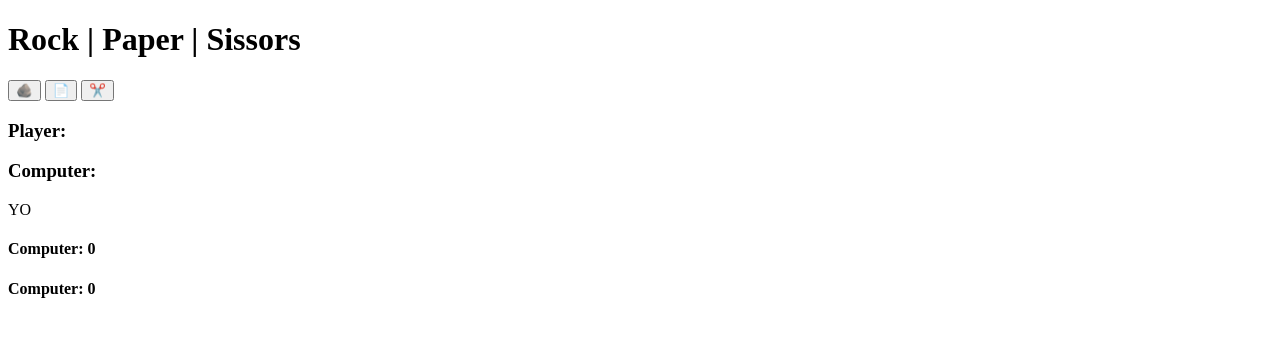
Repository: SakthivelDurai47/Rock-Paper-Sissors
Page: index.html
An editor plug-in stored every save of this project. The page is shown before and after the next save, followed by the edit.
The browser window is 1280 px wide. The pictures show the whole page.

Above is the page before, as saved 2025-04-14 22:01:35.

### index.html
<!DOCTYPE html>
<html lang="en">
  <head>
    <meta charset="UTF-8" />
    <meta name="viewport" content="width=device-width, initial-scale=1.0" />
    <title>Rock, Paper, Scissor</title>
    <meta name="aurthor" content="Sakthivel Durai S" />
  </head>
  <body>
    <h1>Rock | Paper | Sissors</h1>
    <div id="choice">
      <button onclick="playGame('Rock')">🪨</button>
      <button onclick="playGame('Paper')">📄</button>
      <button onclick="playGame('Scissor')">✂️</button>
    </div>
    <div id="info">
      <h3>Player:</h3>
      <h3>Computer:</h3>
    </div>
    <p id="result">YO</p>
    <div id="scores">
      <h4>Computer: <span id="scorePlr">0</span></h4>
      <h4>Computer: <span id="scoreCum">0</span></h4>
    </div>
  </body>
</html>

### styles.css
* {
  font-family: sans-serif;
}
body {
  margin: 0;
}

After the next save:
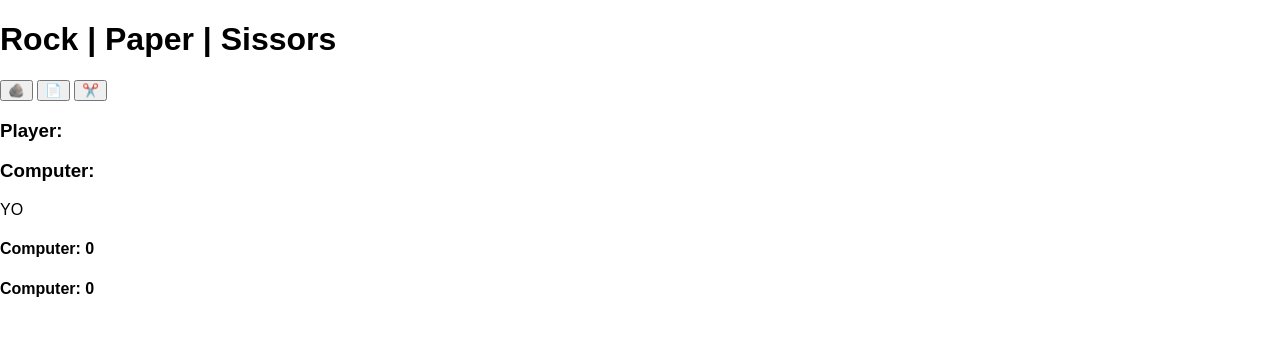
Saved 19 s later.
--- a/index.html
+++ b/index.html
@@ -5,6 +5,7 @@
     <meta name="viewport" content="width=device-width, initial-scale=1.0" />
     <title>Rock, Paper, Scissor</title>
     <meta name="aurthor" content="Sakthivel Durai S" />
+    <link rel="stylesheet" href="styles.css" />
   </head>
   <body>
     <h1>Rock | Paper | Sissors</h1>
